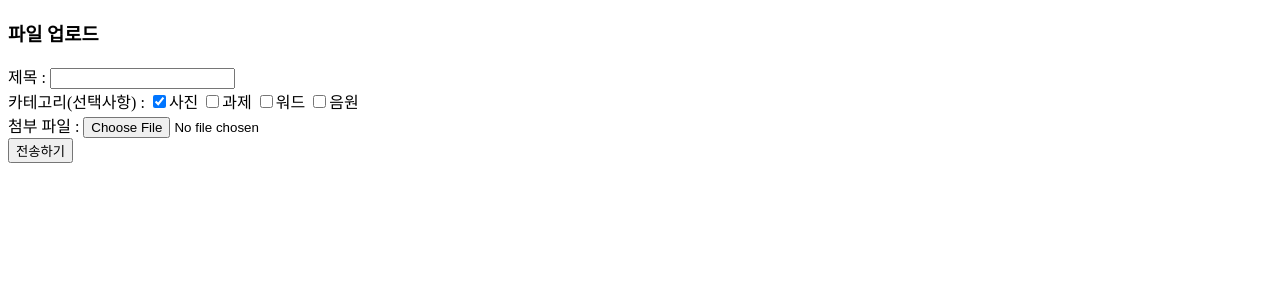
Repository: bluelessman/JSPServlet
Page: http://localhost/ServletStudy/13FileUpload/MultiUploadMain.jsp
These files come from the project's save history. The page is drawn as it stood at one moment and after the next save; the edit follows.
The browser window is 1280 px wide. The pictures show the whole page.
The page is served by Tomcat 10. Other server files are loaded and not shown.

Above is the page before, as saved 2023-12-20 07:31:07.

### ServletStudy/src/main/webapp/13FileUpload/MultiUploadMain.jsp
<%@ page language="java" contentType="text/html; charset=UTF-8"
    pageEncoding="UTF-8"%>
<!DOCTYPE html>
<html>
<head>
<meta charset="UTF-8">
<title>fileupload</title>
</head>
<script>
function validateForm(form){
	if(form.title.value==""){
		alert("제목을 입력하세요.");
		form.title.focust();
		return false;
	}
	if(form.attachedFile.value==""){
		alert("첨부 파일은 필수 입력입니다.");
		return false;
	}
}
</script>
<body>
<h3>파일 업로드</h3>
<span style="color:red;">${errorMessage }</span>
<form name="fileForm" method="post" enctype="multipart/form-data" action="UploadProcess.do" onsubmit="return validateForm(this);">
제목 : <input type="text" name="title"/><br/>
카테고리(선택사항) : <input type="checkbox" name="cate" value="사진" checked/>사진
<input type="checkbox" name="cate" value="과제"/>과제
<input type="checkbox" name="cate" value="워드" />워드
<input type="checkbox" name="cate" value="음원" />음원<br/>
첨부 파일 : <input type="file" name="ofile"/><br/>
<input type="submit" value="전송하기"/>
</form>
</body>
</html>

After the next save:
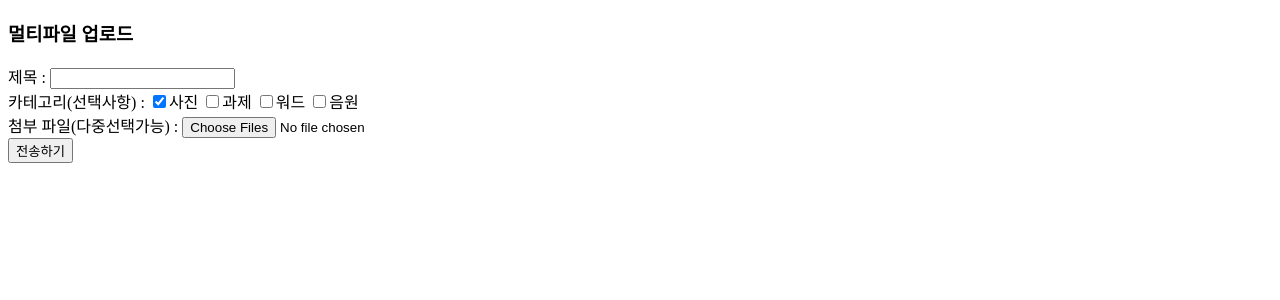
Saved 4 min 43 s later.
--- a/ServletStudy/src/main/webapp/13FileUpload/MultiUploadMain.jsp
+++ b/ServletStudy/src/main/webapp/13FileUpload/MultiUploadMain.jsp
@@ -20,15 +20,15 @@ function validateForm(form){
 }
 </script>
 <body>
-<h3>파일 업로드</h3>
+<h3>멀티파일 업로드</h3>
 <span style="color:red;">${errorMessage }</span>
-<form name="fileForm" method="post" enctype="multipart/form-data" action="UploadProcess.do" onsubmit="return validateForm(this);">
+<form name="fileForm" method="post" enctype="multipart/form-data" action="MultipleProcess.do" onsubmit="return validateForm(this);">
 제목 : <input type="text" name="title"/><br/>
 카테고리(선택사항) : <input type="checkbox" name="cate" value="사진" checked/>사진
 <input type="checkbox" name="cate" value="과제"/>과제
 <input type="checkbox" name="cate" value="워드" />워드
 <input type="checkbox" name="cate" value="음원" />음원<br/>
-첨부 파일 : <input type="file" name="ofile"/><br/>
+첨부 파일(다중선택가능) : <input type="file" name="ofile" multiple/><br/>
 <input type="submit" value="전송하기"/>
 </form>
 </body>
